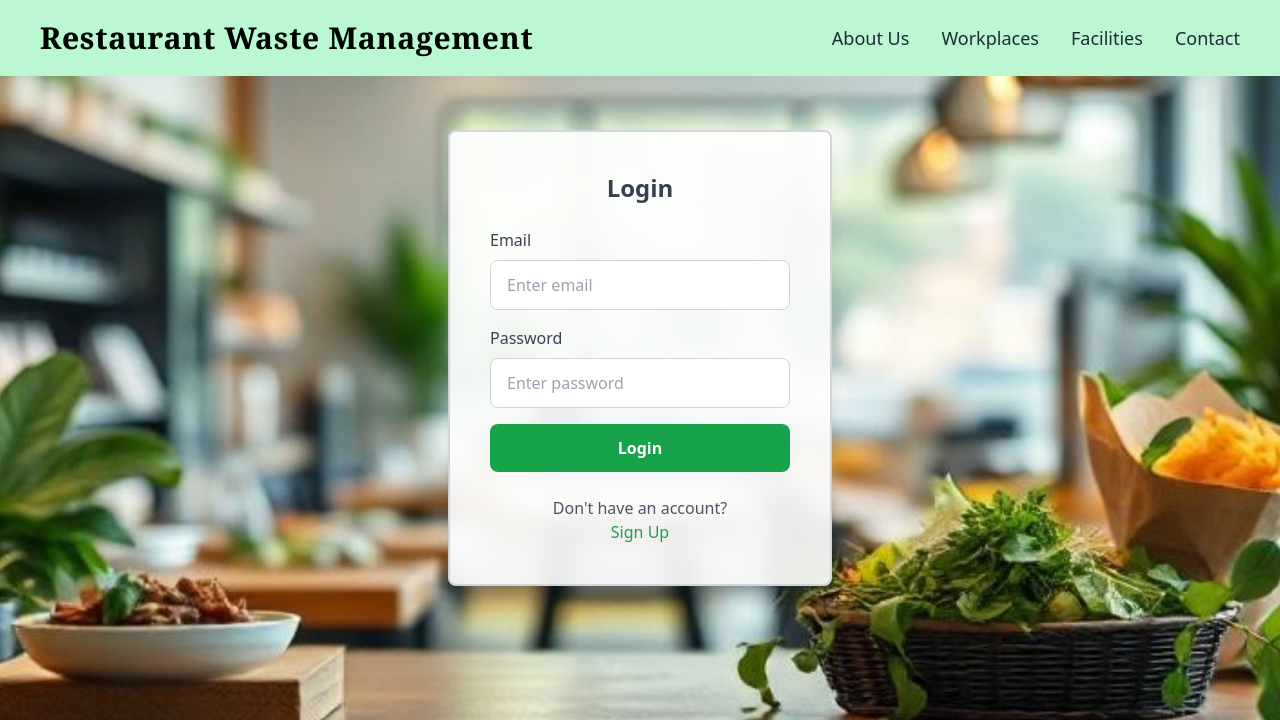
Repository: mahekagrawal25/restaurant-waste-management
Page: frontend/index.html
These files come from the project's save history. The page is drawn as it stood at one moment and after a run of saves; the edit follows.
The browser window is 1280 px wide. The pictures show the whole page.
Some web libraries are served in a nearby version.

Above is the page before, as saved 2025-04-21 10:46:51.

After the next 2 saves:
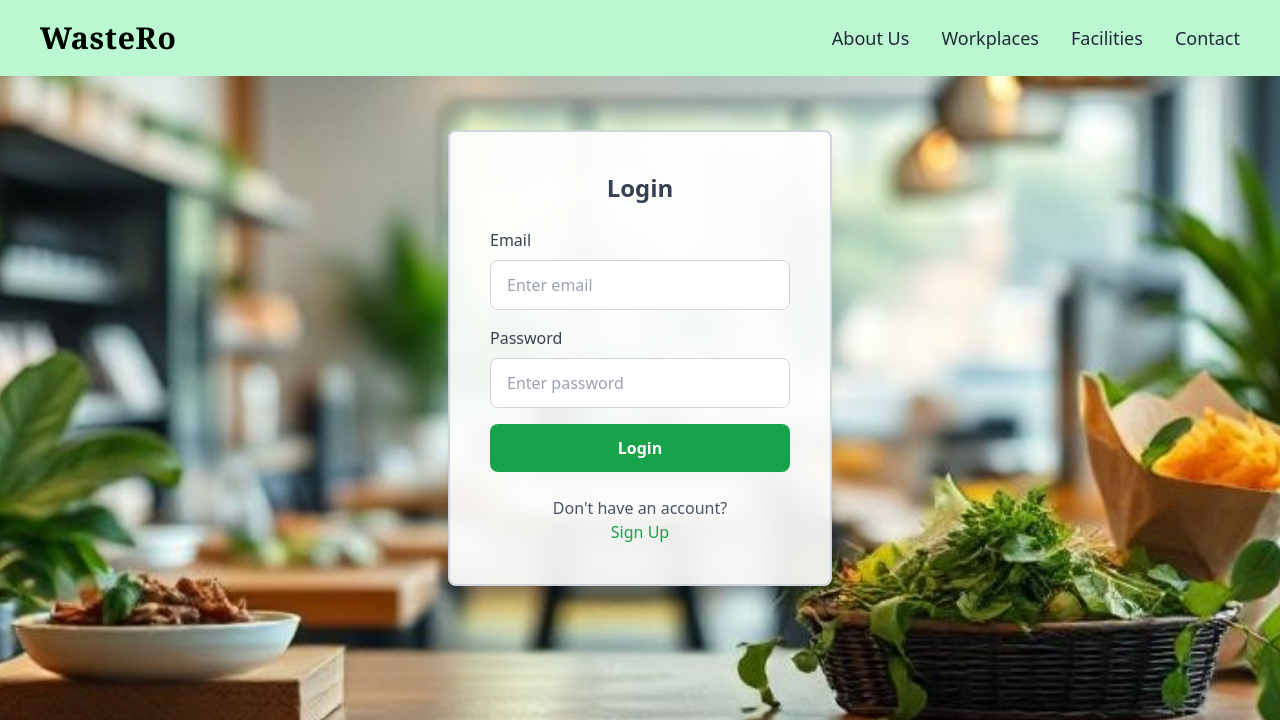
The 2 saves are shown as one change because they came seconds apart.
The last was saved 20 s later.
--- a/frontend/index.html
+++ b/frontend/index.html
@@ -15,7 +15,7 @@
     <span class="bg-clip-text
                  bg-gradient-to-r from-green-700 via-green-500 to-green-300
                  tracking-wide" style="font-family:Cambria, Cochin, Georgia, Times, 'Times New Roman', serif">
-      Restaurant Waste Management
+      WasteRo
     </span>
   </div>
 
